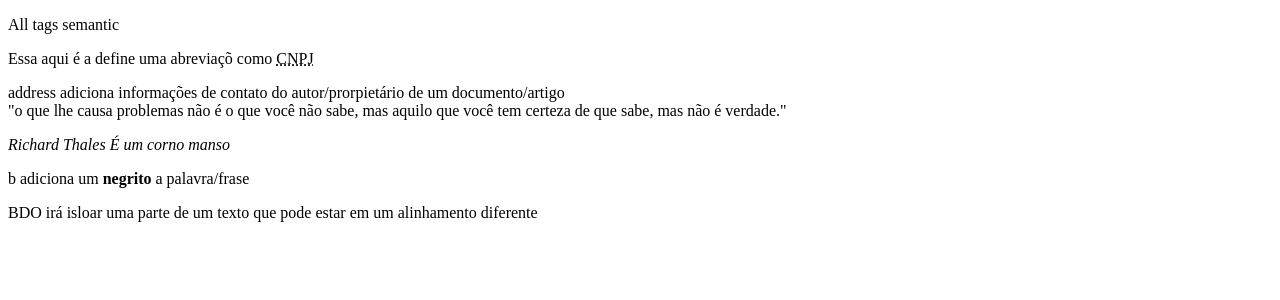
Repository: ErikMesquita/Danki-Code
Page: formatação/index.html
An editor plug-in stored every save of this project. The page is shown before and after a run of saves, followed by the edit.
The browser window is 1280 px wide. The pictures show the whole page.

Above is the page before, as saved 2023-10-28 11:06:35.

### formatação/index.html
<!DOCTYPE html>
<html lang="pt-br">

<head>
    <meta charset="UTF-8">
    <meta name="viewport" content="width=device-width, initial-scale=1.0">
    <title>Tags de Formatação</title>
</head>

<body>

    <p>All tags semantic</p>
    <!--
        <abbr title=""></abbr> (define uma abreviação ou acrônimo.)

        <address></address> (adiciona informações de contato do autor/proprietário de um documento/artigo.)

        <b></b> (adiciona negrito a uma frase.)

        <bdi></bdi> (irá isolar um parte de um texto formatado que pode estar em um alinhamento diferente.)

        <bdo dir=""></bdo> (substitui a direção do texto autal.)

        <blockquote></blockquote> (define uma citação.)

        <cite></cite> (define o títilo de uma citação.)

        <code></code> (adiciona uma parte de um código. *refere-se ao código de uma linguagem de programação.)

        <del></del> (define um texto que será excluído do documento.)

        <dfn></dfn> (define um termo que será usado posteriormente no documento.)

        <em></em> (usado para dar ênfase a um texto ou frase.)

        <i></i> (permite que um texto ou frase fique em itálico.)

        <ins></ins> (define um texto que será inserido no documento.)

        <kbd></kbd> (define umma letra de atalho para usar no teclado.)

        <mark></mark> (define um texto marcado.)

        <pre></pre> (define um texto pré-formatado.)

        <progress></progress> (usado para representar o progresso de uma tarefa.)

        <s></s> (define um texto que não está mais correto.)

        <small></small> (define que um texto será menor que o ádrão usado.)

        <strong></strong> (define que o texto é importante/relevante.)

        <sub></sub> (define um texto subscrito, ele geralmente é usado para fórmulas químicas.)

        <sup></sup> (define um texto sobrescito, ele geralmente é usado para notas de rodapé.)

        <time></time> (define uma data ou horário específico.)

        <u></u> (define um texto sublinhado.)

        <var></var> (Define uma variável.)

        <wbr></wbr> (define uma possível quebra de linha.)

        -->
    </p>

    <p>Essa aqui é a define uma abreviaçõ como <abbr title="Cadastro Nacional de Pessoas Jurídicas">CNPJ</abbr></p>

    <p>address adiciona informações de contato  do autor/prorpietário de um documento/artigo <br> "o que lhe causa problemas não é o que você não sabe, mas aquilo que você tem certeza de que sabe, mas não é verdade." <address>Richard Thales É um corno manso</address></p>

    <p>b adiciona um <b>negrito</b> a palavra/frase</p>

    <p>BDO irá isloar uma parte de um texto que pode estar em um alinhamento diferente</p>


</body>

</html>

After the next 4 saves:
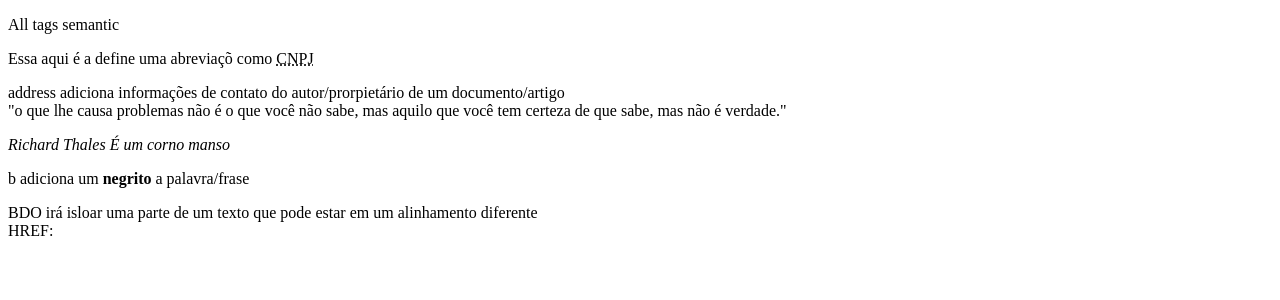
The 4 saves are shown as one change because they came seconds apart.
The last was saved 10 s later.
--- a/formatação/index.html
+++ b/formatação/index.html
@@ -72,7 +72,7 @@
 
     <p>b adiciona um <b>negrito</b> a palavra/frase</p>
 
-    <p>BDO irá isloar uma parte de um texto que pode estar em um alinhamento diferente</p>
+    <p>BDO irá isloar uma parte de um texto que pode estar em um alinhamento diferente <br> HREF:</p>
 
 
 </body>
